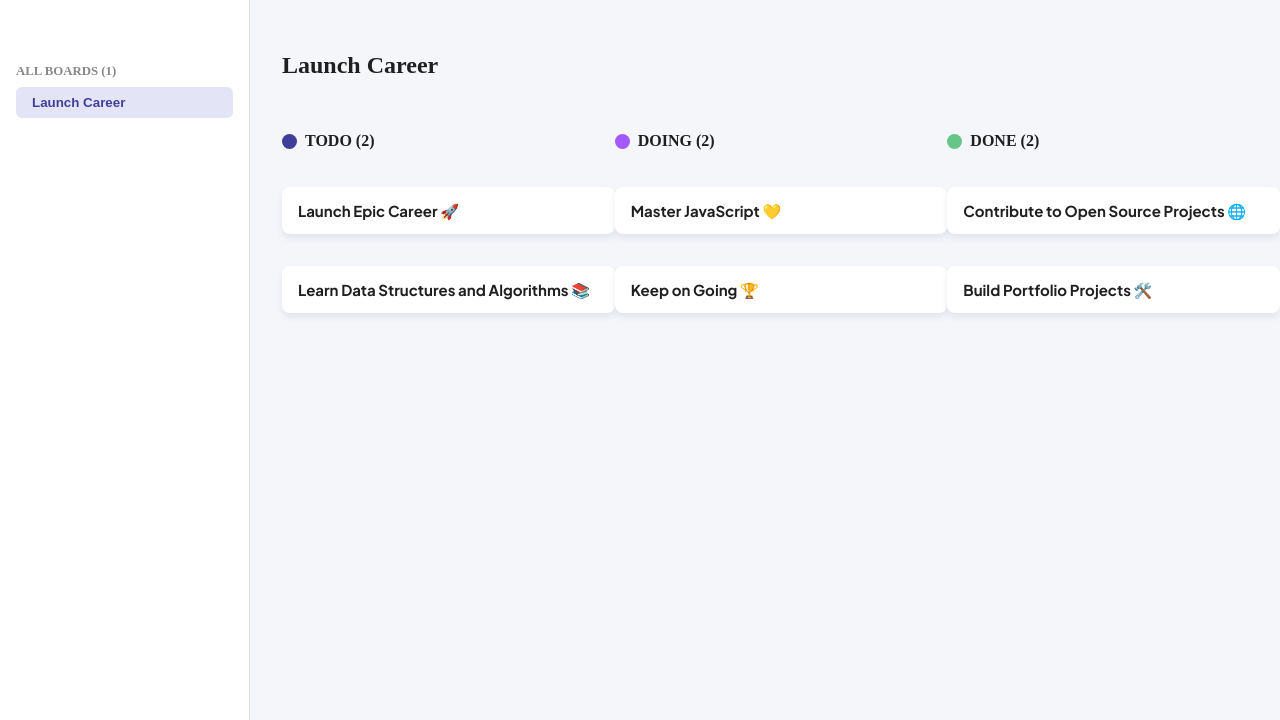
Repository: andajonas/ANDJON25111_fto2502_A2_Anda_Jonas_JSL01
Page: index.html
An editor plug-in stored every save of this project. The page is shown before and after the next save, followed by the edit.
The browser window is 1280 px wide. The pictures show the whole page.

Above is the page before, as saved 2025-04-25 12:48:39.

### index.html
<html lang="en">
  <head>
    <meta charset="UTF-8" />
    <meta name="viewport" content="width=device-width, initial-scale=1.0" />
    <title>Kanban Board</title>
    <link rel="stylesheet" href="style.css" />
  </head>

  <body>
    <div class="kanban-container">
      <!-- Sidebar -->
      <nav class="sidebar">

        <div class="board-list">
          <h4>ALL BOARDS (1)</h4>
          <button class="board-btn">Launch Career</button>
        </div>
      </nav>

      <!-- Main Board Section -->
      <div class="main-board">
        <header>
          <h2 class="board-title">Launch Career</h2>
        </header>

        <main class="columns">
          <!-- TO DO Column -->
          <div class="column">
            <div class="column-header">
              <span class="dot todo"></span>
              <h4>TODO (2)</h4>
            </div>
            <div class="card-container">
              <div class="card">Launch Epic Career 🚀</div>
              <div class="card">Learn Data Structures and Algorithms 📚</div>
            </div>
          </div>

          <!-- DOING Column -->
          <div class="column">
            <div class="column-header">
              <span class="dot doing"></span>
              <h4>DOING (2)</h4>
            </div>
            <div class="card-container">
              <div class="card">Master JavaScript 💛</div>
              <div class="card">Keep on Going 🏆</div>
            </div>
          </div>

          <!-- DONE Column -->
          <div class="column">
            <div class="column-header">
              <span class="dot done"></span>
              <h4>DONE (2)</h4>
            </div>
            <div class="card-container">
              <div class="card">Contribute to Open Source Projects 🌐</div>
              <div class="card">Build Portfolio Projects 🛠️</div>
            </div>
          </div>
        </main>
      </div>
    </div>
  </body>
</html>

### style.css
@import url('https://fonts.googleapis.com/css2?family=Plus+Jakarta+Sans:wght@400;700&display=swap');
/* Base Styles */
body {
    margin: 0;
    font-family: "inter" sans-serif;
    background-color: #f5f6fa;
    color: #1f1f1f;
  }

  .kanban-container {
    display: grid;
    grid-template-columns: 250px 1fr;
    height: 100vh;
  }

  /* Sidebar */
  .sidebar {
    background-color: white;
    padding: 2rem 1rem;
    border-right: 1px solid #e0e0e0;
  }

  .sidebar h1 {
    font-size: 1.2rem;
    font-weight: 700;
    color: #3f3f99;
  }

  .board-list h4 {
    font-size: 0.8rem;
    font-weight: 600;
    color: #888;
    margin: 2rem 0 0.5rem;
  }

  .board-btn {
    background-color: #e4e4f7;
    color: #3f3f99;
    border: none;
    padding: 0.5rem 1rem;
    font-weight: 600;
    border-radius: 6px;
    cursor: pointer;
    text-align: left;
    width: 100%;
  }

  /* Main Content */
  .main-board {
    padding: 2rem;
    overflow-x: auto;
  }

  .board-title {
    font-size: 1.5rem;
    font-weight: 600;
    margin-bottom: 2rem;
  }

  /* Columns Layout */
  .columns {
    display: grid;
    grid-template-columns: repeat(3, 1fr);
    gap: 2rem;
  }

  /* Column */
  .column {
    display: flex;
    flex-direction: column;
  }

  /* Column Header */
  .column-header {
    display: flex;
    align-items: center;
    gap: 0.5rem;
    font-weight: 600;
    margin-bottom: 1rem;
  }

  .dot {
    width: 15px;
    height: 15px;
    border-radius: 50%;
  }

  .dot.todo {
    background-color: #3f3f99;
  }

  .dot.doing {
    background-color: #a259ff;
  }

  .dot.done {
    background-color: #67c587;
  }

  /* Cards */
  .card-container {
    display: flex;
    flex-direction: column;
    gap: 1rem;
  }

  .card {
      font-family: 'Plus Jakarta Sans', sans-serif;
      font-weight: 700;
      font-size: 15px;
      line-height: 1;
      padding: 1rem;
      background-color: white;
      border-radius: 8px;
      box-shadow: 0px 4px 6px rgba(54, 78, 126, 0.1);
      margin-bottom: 1rem;
      width: 100%;
      max-width: 301px;
    }

After the next save:
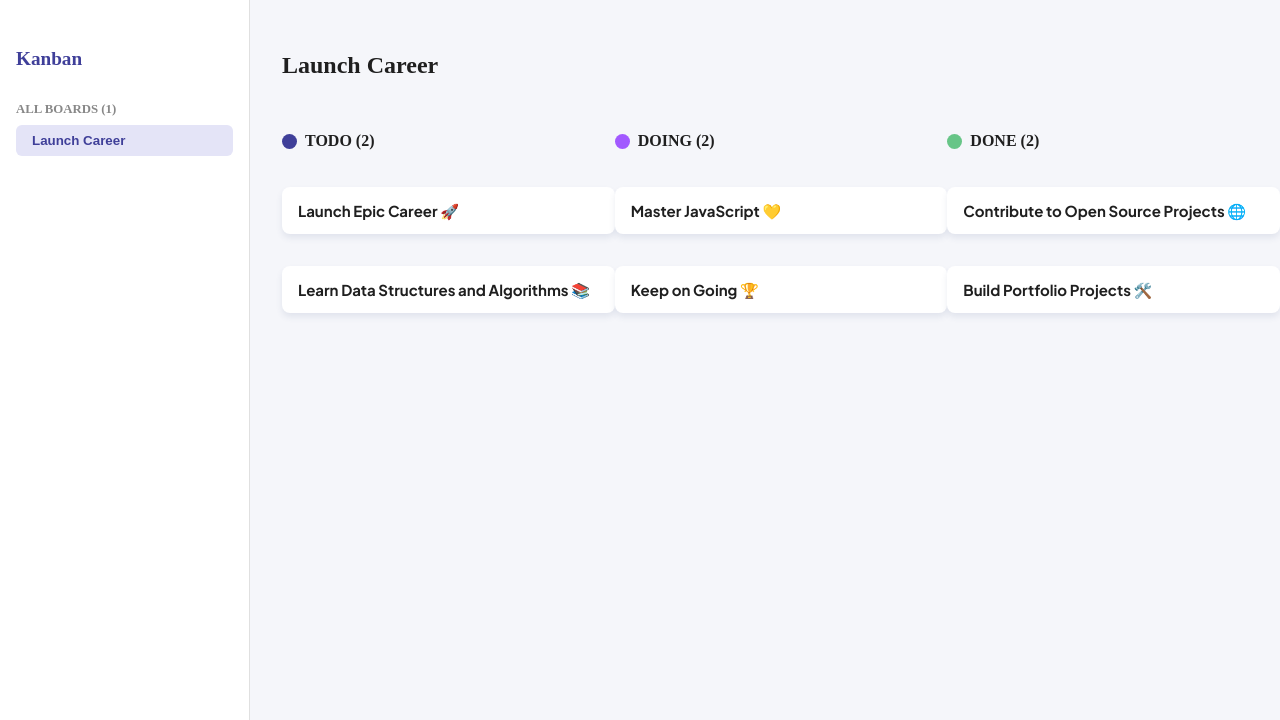
Saved 5 s later.
--- a/index.html
+++ b/index.html
@@ -10,7 +10,7 @@
     <div class="kanban-container">
       <!-- Sidebar -->
       <nav class="sidebar">
-
+        <h1>Kanban</h1>
         <div class="board-list">
           <h4>ALL BOARDS (1)</h4>
           <button class="board-btn">Launch Career</button>

After the 6 saves that followed:
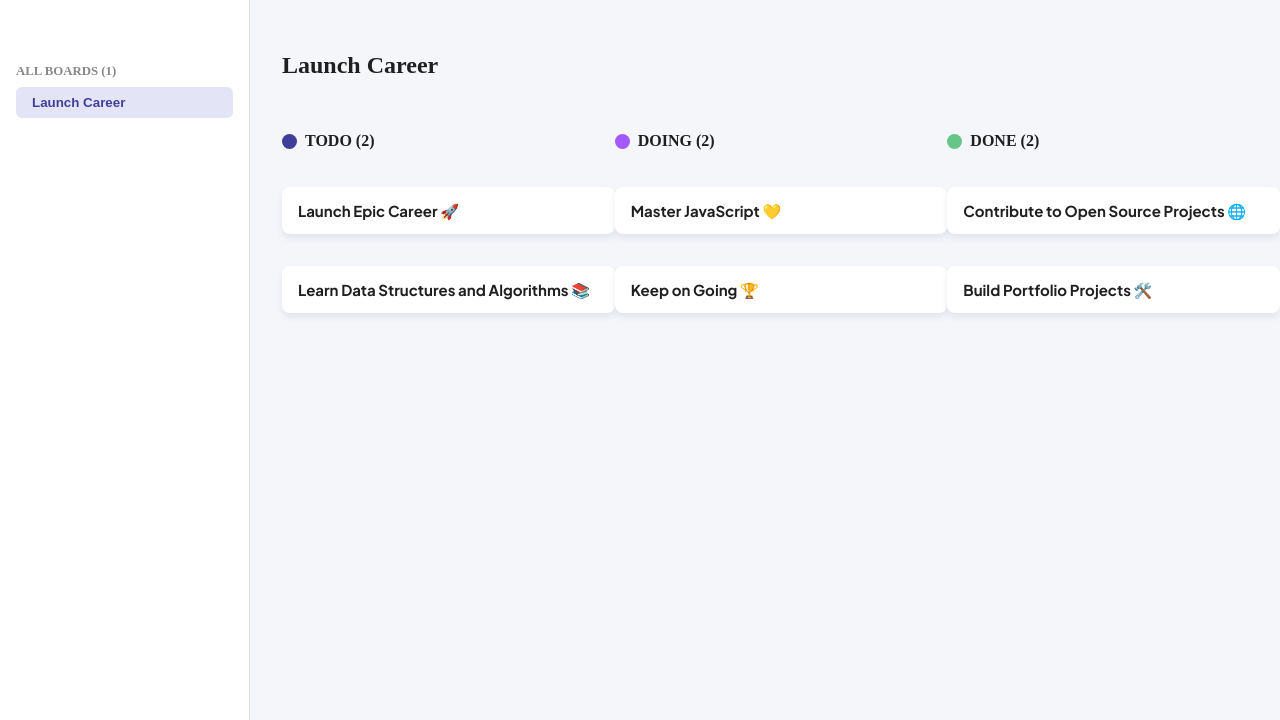
The 6 saves are shown as one change because 1 left the picture as it was and some came seconds apart.
The last was saved 7 min 54 s later.
--- a/index.html
+++ b/index.html
@@ -10,7 +10,9 @@
     <div class="kanban-container">
       <!-- Sidebar -->
       <nav class="sidebar">
-        <h1>Kanban</h1>
+        <div class="logo">
+
+        </div>
         <div class="board-list">
           <h4>ALL BOARDS (1)</h4>
           <button class="board-btn">Launch Career</button>
